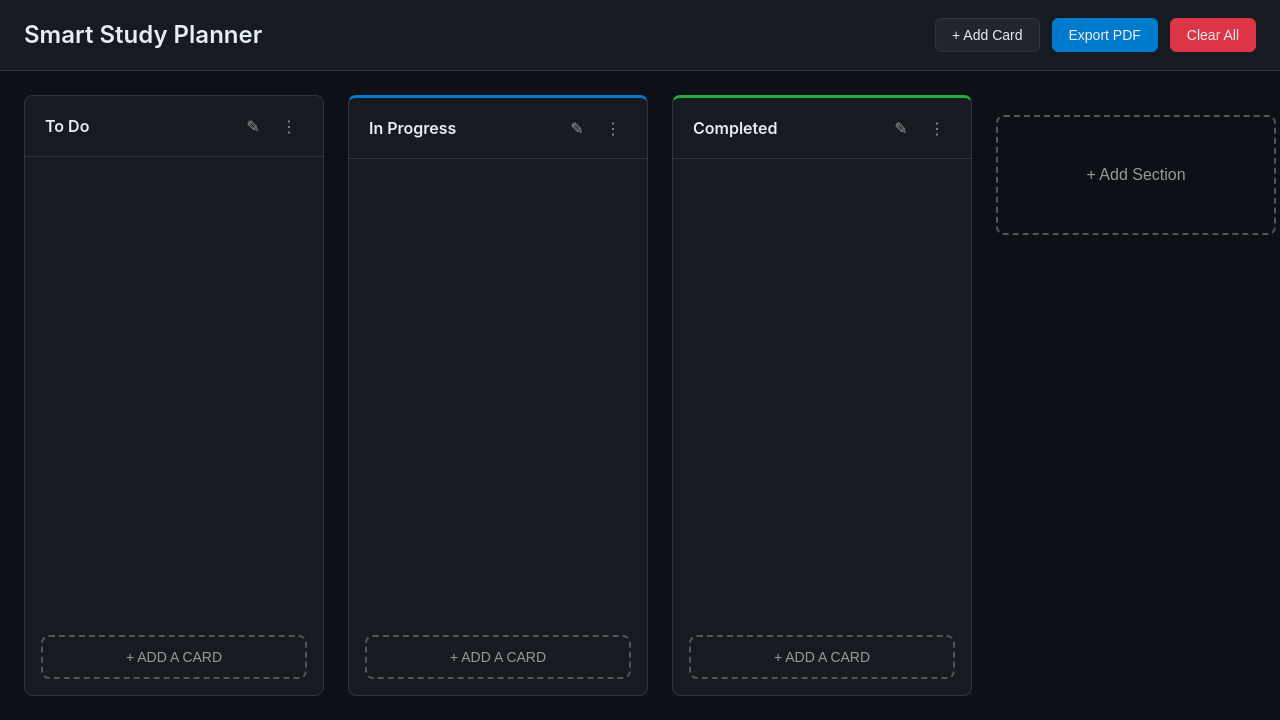
Repository: P7XCKD/edunetwebdev
Page: index.html
An editor plug-in stored every save of this project. The page is shown before and after the next save, followed by the edit.
The browser window is 1280 px wide. The pictures show the whole page.

Above is the page before, as saved 2025-09-19 20:09:16.

### index.html
<!DOCTYPE html>
<html lang="en">
<head>
    <meta charset="UTF-8">
    <meta name="viewport" content="width=device-width, initial-scale=1.0">
    <title>Smart Study Planner</title>
    <link rel="stylesheet" href="style.css">
</head>
<body>
    <div class="app-container">
        <header class="app-header">
            <h1>Smart Study Planner</h1>
            <div class="header-actions">
                <button id="addCardBtn" class="add-card-btn">+ Add Card</button>
                <button id="exportPdfBtn" class="export-pdf-btn">Export PDF</button>
                <button id="clearAllBtn" class="clear-all-btn">Clear All</button>
            </div>
        </header>

        <main class="kanban-board" id="kanbanBoard">
            <!-- Columns will be dynamically generated -->
            <div class="add-column-section">
                <button class="add-column-btn" id="addColumnBtn">+ Add Section</button>
            </div>
        </main>
    </div>

    <!-- Column Edit Modal -->
    <div id="columnModal" class="modal">
        <div class="modal-content">
            <div class="modal-header">
                <h2 id="columnModalTitle">Add New Section</h2>
                <button class="close-btn" id="closeColumnModal">&times;</button>
            </div>
            <div class="modal-body">
                <form id="columnForm">
                    <div class="form-group">
                        <label for="columnName">Section Name *</label>
                        <input type="text" id="columnName" placeholder="e.g., To Do, In Progress, Review" required>
                    </div>

                    <div class="form-group">
                        <label for="columnColor">Section Color</label>
                        <select id="columnColor">
                            <option value="default">Default (Gray)</option>
                            <option value="blue">Blue</option>
                            <option value="green">Green</option>
                            <option value="orange">Orange</option>
                            <option value="purple">Purple</option>
                            <option value="red">Red</option>
                            <option value="teal">Teal</option>
                            <option value="pink">Pink</option>
                        </select>
                    </div>
                </form>
            </div>
            <div class="modal-footer">
                <button type="button" id="deleteColumn" class="delete-btn">DELETE SECTION</button>
                <div class="modal-actions">
                    <button type="button" id="cancelColumn" class="cancel-btn">CANCEL</button>
                    <button type="button" id="saveColumn" class="save-btn">SAVE</button>
                </div>
            </div>
        </div>
    </div>

    <!-- Card Modal -->
    <div id="cardModal" class="modal">
        <div class="modal-content">
            <div class="modal-header">
                <h2 id="modalTitle">Card Details</h2>
                <button class="close-btn" id="closeModal">&times;</button>
            </div>
            <div class="modal-body">
                <form id="cardForm">
                    <div class="form-group">
                        <label for="cardTitle">Title *</label>
                        <input type="text" id="cardTitle" required>
                    </div>

                    <div class="form-row">
                        <div class="form-group">
                            <label for="cardDueDate">Due date</label>
                            <input type="date" id="cardDueDate">
                        </div>
                        <div class="form-group">
                            <label for="cardPriority">Priority</label>
                            <select id="cardPriority">
                                <option value="low">Low</option>
                                <option value="medium" selected>Medium</option>
                                <option value="high">High</option>
                            </select>
                        </div>
                    </div>

                    <div class="form-group">
                        <label for="cardSubject">Subject</label>
                        <input type="text" id="cardSubject" placeholder="e.g., Mathematics, Physics">
                    </div>

                    <div class="form-group">
                        <label for="cardDescription">Description</label>
                        <textarea id="cardDescription" rows="4" placeholder="Add your study notes here..."></textarea>
                    </div>
                </form>
            </div>
            <div class="modal-footer">
                <button type="button" id="deleteCard" class="delete-btn">DELETE</button>
                <div class="modal-actions">
                    <button type="button" id="cancelCard" class="cancel-btn">CANCEL</button>
                    <button type="button" id="saveCard" class="save-btn">SAVE</button>
                </div>
            </div>
        </div>
    </div>

    <!-- Stats Modal -->
    <div id="statsModal" class="modal">
        <div class="modal-content">
            <div class="modal-header">
                <h2>Progress Statistics</h2>
                <button class="close-btn" id="closeStatsModal">&times;</button>
            </div>
            <div class="modal-body">
                <div class="stats-grid">
                    <div class="stat-card">
                        <div class="stat-number" id="totalCards">0</div>
                        <div class="stat-label">Total Cards</div>
                    </div>
                    <div class="stat-card">
                        <div class="stat-number" id="todoCards">0</div>
                        <div class="stat-label">To Do</div>
                    </div>
                    <div class="stat-card">
                        <div class="stat-number" id="inProgressCards">0</div>
                        <div class="stat-label">In Progress</div>
                    </div>
                    <div class="stat-card">
                        <div class="stat-number" id="completedCards">0</div>
                        <div class="stat-label">Completed</div>
                    </div>
                    <div class="stat-card">
                        <div class="stat-number" id="overdueCards">0</div>
                        <div class="stat-label">Overdue</div>
                    </div>
                </div>
            </div>
        </div>
    </div>

    <script src="script-new.js?v=2024091902"></script>
</body>
</html>

### style.css
/* Dark theme CSS inspired by NotesHub */
* {
    margin: 0;
    padding: 0;
    box-sizing: border-box;
}

body {
    font-family: -apple-system, BlinkMacSystemFont, 'Segoe UI', Roboto, sans-serif;
    background-color: #0d1117; /* Exact dark background from image */
    color: #e6edf3;
    line-height: 1.6;
}

.app-container {
    min-height: 100vh;
    display: flex;
    flex-direction: column;
}

/* Header */
.app-header {
    background-color: #161b22; /* Header background matching image */
    padding: 16px 24px;
    border-bottom: 1px solid #30363d;
    display: flex;
    justify-content: space-between;
    align-items: center;
}

.app-header h1 {
    color: #e6edf3;
    font-size: 24px;
    font-weight: 600;
}

.header-actions {
    display: flex;
    gap: 12px;
}

.add-card-btn, .stats-btn, .export-pdf-btn, .clear-all-btn {
    background-color: #21262d; /* Button background matching image */
    color: #e6edf3;
    border: 1px solid #30363d;
    padding: 8px 16px;
    border-radius: 6px;
    cursor: pointer;
    font-size: 14px;
    transition: background-color 0.2s;
}

.add-card-btn:hover, .stats-btn:hover, .export-pdf-btn:hover, .clear-all-btn:hover {
    background-color: #30363d;
}

.export-pdf-btn {
    background-color: #007acc;
    border-color: #007acc;
}

.export-pdf-btn:hover {
    background-color: #0066a3;
}

.clear-all-btn {
    background-color: #dc3545;
    border-color: #dc3545;
}

.clear-all-btn:hover {
    background-color: #c82333;
}

/* Kanban Board */
.kanban-board {
    flex: 1;
    display: flex;
    gap: 24px;
    padding: 24px;
    overflow-x: auto;
    min-height: calc(100vh - 80px);
}

.board-column {
    min-width: 300px;
    background-color: #161b22; /* Column background matching image */
    border: 1px solid #30363d;
    border-radius: 8px;
    display: flex;
    flex-direction: column;
}

/* Column Colors */
.board-column.color-blue { border-top: 3px solid #007acc; }
.board-column.color-green { border-top: 3px solid #28a745; }
.board-column.color-orange { border-top: 3px solid #ffa726; }
.board-column.color-purple { border-top: 3px solid #8e24aa; }
.board-column.color-red { border-top: 3px solid #dc3545; }
.board-column.color-teal { border-top: 3px solid #20c997; }
.board-column.color-pink { border-top: 3px solid #e91e63; }

.column-header {
    padding: 16px 20px;
    border-bottom: 1px solid #30363d; /* Border matching image */
    display: flex;
    justify-content: space-between;
    align-items: center;
}

.column-header h3 {
    color: #e6edf3; /* Text color matching image */
    font-size: 16px;
    font-weight: 600;
    margin: 0;
    flex: 1;
}

.column-header-actions {
    display: flex;
    gap: 8px;
}

.column-menu-btn, .column-edit-btn {
    background: none;
    border: none;
    color: #999;
    cursor: pointer;
    font-size: 16px;
    padding: 4px;
    border-radius: 4px;
    width: 28px;
    height: 28px;
    display: flex;
    align-items: center;
    justify-content: center;
}

.column-menu-btn:hover, .column-edit-btn:hover {
    background-color: #404040;
    color: #e1e1e1;
}

.column-content {
    flex: 1;
    padding: 16px;
    display: flex;
    flex-direction: column;
    gap: 12px;
}

/* Add Column Section */
.add-column-section {
    min-width: 280px;
    display: flex;
    align-items: flex-start;
    padding-top: 20px;
}

.add-column-btn {
    background: none;
    border: 2px dashed #555;
    color: #999;
    padding: 20px;
    border-radius: 8px;
    cursor: pointer;
    font-size: 16px;
    font-weight: 500;
    width: 100%;
    min-height: 120px;
    transition: all 0.2s;
    display: flex;
    align-items: center;
    justify-content: center;
}

.add-column-btn:hover {
    border-color: #777;
    color: #e1e1e1;
    background-color: #2d2d2d;
}

/* Column Context Menu */
.column-context-menu {
    position: absolute;
    background: #3d3d3d;
    border: 1px solid #555;
    border-radius: 6px;
    padding: 8px 0;
    z-index: 1001;
    min-width: 180px;
    box-shadow: 0 4px 12px rgba(0,0,0,0.3);
}

.column-context-menu-item {
    padding: 10px 16px;
    color: #e1e1e1;
    cursor: pointer;
    font-size: 14px;
    display: flex;
    align-items: center;
    gap: 8px;
}

.column-context-menu-item:hover {
    background-color: #4d4d4d;
}

.column-context-menu-item.danger {
    color: #ff6b6b;
}

.column-context-menu-item.danger:hover {
    background-color: #ff6b6b20;
}

/* Study Cards */
.study-card {
    background-color: #21262d; /* Card background matching image */
    border: 1px solid #30363d;
    border-radius: 8px;
    cursor: pointer;
    transition: all 0.2s;
    user-select: none;
    overflow: hidden; /* Ensures clean borders with header */
}

.study-card:hover {
    border-color: #6e7681;
    transform: translateY(-2px);
    box-shadow: 0 4px 12px rgba(0,0,0,0.3);
}

.study-card[draggable="true"] {
    cursor: grab;
}

.study-card[draggable="true"]:active {
    cursor: grabbing;
}

.study-card.dragging {
    opacity: 0.5;
    transform: rotate(5deg);
}

/* Drag and Drop States */
.board-column.drag-over {
    background-color: #4a4a4a;
    border: 2px dashed #007acc;
}

.board-column.drag-over .column-content {
    background-color: rgba(0, 122, 204, 0.1);
    border-radius: 6px;
}

.card-header {
    background-color: #30363d; /* Grey header background matching image exactly */
    padding: 12px 15px 8px 15px;
    border-bottom: 1px solid #6e7681;
    display: flex;
    justify-content: space-between;
    align-items: flex-start;
    gap: 8px;
}

.card-title-section {
    display: flex;
    align-items: center;
    gap: 8px;
    flex: 1;
}

.card-title {
    font-size: 16px;
    font-weight: 600;
    color: #e6edf3; /* Lighter text on grey background matching image */
    margin: 0;
}

.card-task-id {
    font-size: 11px;
    font-weight: 600;
    color: #007acc;
    background: rgba(0, 122, 204, 0.2);
    padding: 2px 6px;
    border-radius: 4px;
    white-space: nowrap;
    text-transform: uppercase;
}

.card-meta {
    background-color: #21262d; /* Dark body background matching image */
    padding: 12px 15px;
    display: flex;
    align-items: center;
    gap: 8px;
    flex-wrap: wrap;
}

.card-subject {
    background-color: #555;
    color: #e1e1e1;
    padding: 2px 8px;
    border-radius: 12px;
    font-size: 12px;
    font-weight: 500;
}

.card-due-date {
    display: flex;
    align-items: center;
    gap: 4px;
    color: #999;
    font-size: 12px;
}

.card-due-date.overdue {
    color: #ff6b6b;
    background-color: #ff6b6b20;
    padding: 2px 6px;
    border-radius: 4px;
}

.card-due-date.tomorrow {
    color: #ffa500;
    background-color: #ffa50020;
    padding: 2px 6px;
    border-radius: 4px;
}

.priority-tag {
    font-size: 10px;
    padding: 2px 6px;
    border-radius: 8px;
    font-weight: 600;
    text-transform: uppercase;
}

.priority-high {
    background-color: #ff4757;
    color: white;
}

.priority-medium {
    background-color: #ffa726;
    color: white;
}

.priority-low {
    background-color: #66bb6a;
    color: white;
}

.card-description {
    background-color: #21262d; /* Dark body background matching image */
    padding: 0 15px 12px 15px;
    color: #7d8590; /* Muted text color matching image */
    font-size: 14px;
    line-height: 1.4;
}

.study-card.completed {
    opacity: 0.8;
    border-left: 4px solid #28a745;
}

.study-card.completed .card-header {
    background-color: #4a4a4a; /* Slightly darker grey for completed cards */
}

.study-card.completed .card-meta,
.study-card.completed .card-description {
    background-color: #2a3d2a; /* Dark green tint for completed card body */
}

.study-card.completed .card-title {
    text-decoration: line-through;
    opacity: 0.7;
}

.card-due-date.completed {
    color: #28a745;
    background-color: #28a74520;
    padding: 2px 6px;
    border-radius: 4px;
}

/* Due Date Section with Completion Button - REMOVED, button now in header */

.completion-toggle-btn {
    background: none;
    border: 1px solid #777;
    border-radius: 50%;
    width: 20px;
    height: 20px;
    display: flex;
    align-items: center;
    justify-content: center;
    cursor: pointer;
    font-size: 10px;
    transition: all 0.2s ease;
    color: #ccc;
    flex-shrink: 0; /* Prevent button from shrinking */
}

.completion-toggle-btn:hover {
    border-color: #28a745;
    background-color: #28a74530;
    transform: scale(1.1);
}

.completion-toggle-btn.completed {
    border-color: #28a745;
    background-color: #28a745;
    color: white;
}

.completion-toggle-btn.completed:hover {
    background-color: #dc3545;
    border-color: #dc3545;
}

/* Add Card Button */
.add-card-column-btn {
    background: none;
    border: 2px dashed #555;
    color: #999;
    padding: 12px;
    border-radius: 8px;
    cursor: pointer;
    font-size: 14px;
    transition: all 0.2s;
    margin-top: auto;
}

.add-card-column-btn:hover {
    border-color: #777;
    color: #e1e1e1;
    background-color: #3d3d3d;
}

/* Modal Styles */
.modal {
    display: none;
    position: fixed;
    top: 0;
    left: 0;
    width: 100%;
    height: 100%;
    background-color: rgba(0, 0, 0, 0.7);
    z-index: 1000;
}

.modal-content {
    background-color: #2d2d2d;
    margin: 5% auto;
    padding: 0;
    border-radius: 8px;
    width: 90%;
    max-width: 600px;
    max-height: 90vh;
    overflow-y: auto;
}

.modal-header {
    padding: 20px 24px;
    border-bottom: 1px solid #404040;
    display: flex;
    justify-content: space-between;
    align-items: center;
}

.modal-header h2 {
    color: #e1e1e1;
    font-size: 20px;
    font-weight: 600;
}

.close-btn {
    background: none;
    border: none;
    color: #999;
    font-size: 24px;
    cursor: pointer;
    padding: 0;
    width: 32px;
    height: 32px;
    display: flex;
    align-items: center;
    justify-content: center;
    border-radius: 4px;
}

.close-btn:hover {
    background-color: #404040;
    color: #e1e1e1;
}

.modal-body {
    padding: 24px;
}

.form-group {
    margin-bottom: 20px;
}

.form-group label {
    display: block;
    margin-bottom: 8px;
    color: #e1e1e1;
    font-size: 14px;
    font-weight: 500;
}

.form-group input,
.form-group select,
.form-group textarea {
    width: 100%;
    padding: 12px;
    background-color: #3d3d3d;
    border: 1px solid #555;
    border-radius: 6px;
    color: #e1e1e1;
    font-size: 14px;
}

.form-group input:focus,
.form-group select:focus,
.form-group textarea:focus {
    outline: none;
    border-color: #007acc;
}

.form-group textarea {
    resize: vertical;
    min-height: 100px;
}

.form-row {
    display: grid;
    grid-template-columns: 1fr 1fr;
    gap: 16px;
}

.modal-footer {
    padding: 20px 24px;
    border-top: 1px solid #404040;
    display: flex;
    justify-content: space-between;
    align-items: center;
}

.modal-actions {
    display: flex;
    gap: 12px;
}

.delete-btn {
    background-color: #dc3545;
    color: white;
    border: none;
    padding: 10px 20px;
    border-radius: 6px;
    cursor: pointer;
    font-size: 14px;
    font-weight: 500;
    text-transform: uppercase;
}

.delete-btn:hover {
    background-color: #c82333;
}

.cancel-btn {
    background: none;
    border: 1px solid #555;
    color: #999;
    padding: 10px 20px;
    border-radius: 6px;
    cursor: pointer;
    font-size: 14px;
    font-weight: 500;
    text-transform: uppercase;
}

.cancel-btn:hover {
    background-color: #3d3d3d;
    color: #e1e1e1;
}

.save-btn {
    background-color: #28a745;
    color: white;
    border: none;
    padding: 10px 20px;
    border-radius: 6px;
    cursor: pointer;
    font-size: 14px;
    font-weight: 500;
    text-transform: uppercase;
}

.save-btn:hover {
    background-color: #218838;
}

/* Stats Modal */
.stats-grid {
    display: grid;
    grid-template-columns: repeat(auto-fit, minmax(150px, 1fr));
    gap: 20px;
}

.stat-card {
    background-color: #3d3d3d;
    border: 1px solid #555;
    border-radius: 8px;
    padding: 20px;
    text-align: center;
}

.stat-number {
    display: block;
    font-size: 32px;
    font-weight: 700;
    color: #007acc;
    margin-bottom: 8px;
}

.stat-label {
    color: #bbb;
    font-size: 14px;
    font-weight: 500;
}

/* Empty State */
.empty-column {
    text-align: center;
    padding: 40px 20px;
    color: #666;
}

/* Responsive Design */
@media (max-width: 768px) {
    .kanban-board {
        flex-direction: column;
        gap: 16px;
    }

    .board-column {
        min-width: unset;
    }

    .app-header {
        padding: 12px 16px;
        flex-direction: column;
        gap: 12px;
    }

    .header-actions {
        width: 100%;
        justify-content: center;
    }

    .form-row {
        grid-template-columns: 1fr;
    }

    .modal-content {
        width: 95%;
        margin: 2% auto;
    }

    .modal-footer {
        flex-direction: column;
        gap: 12px;
        align-items: stretch;
    }

    .modal-actions {
        justify-content: center;
    }
}

Loaded but not shown: script-new.js (1408 lines, source omitted)

After the next save:
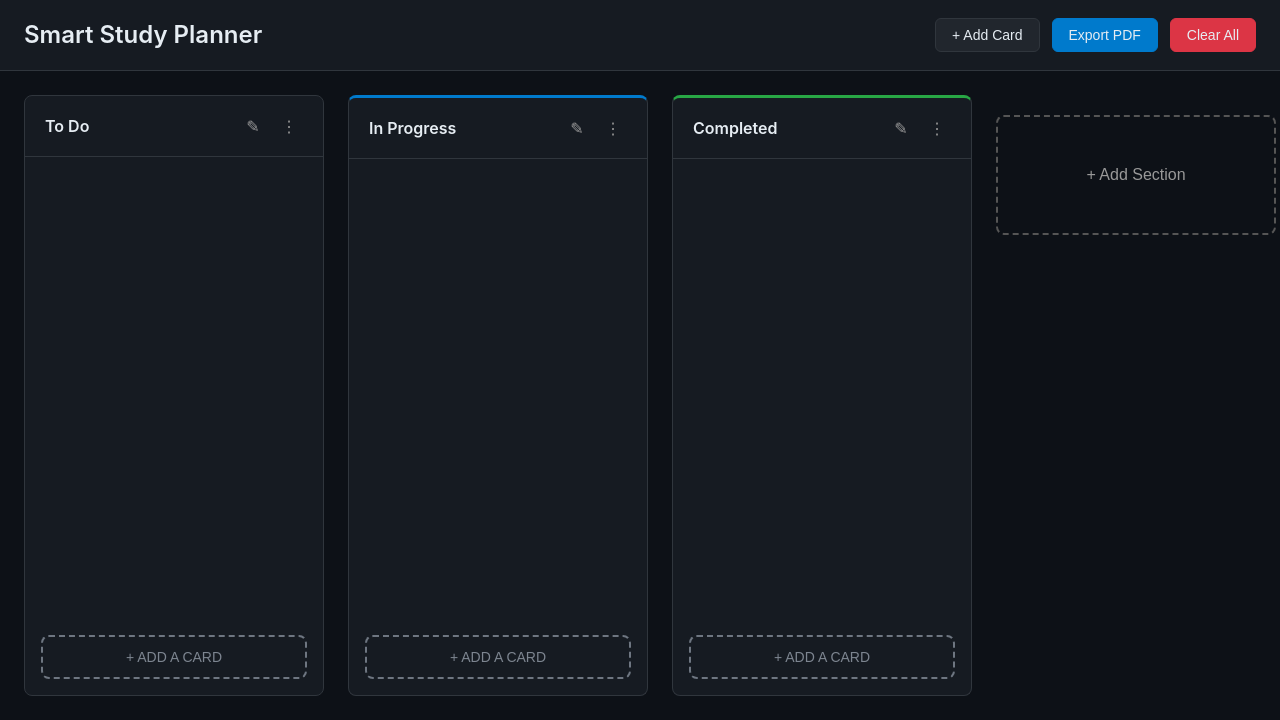
Saved 16 s later.
--- a/style.css
+++ b/style.css
@@ -425,8 +425,8 @@ body {
 /* Add Card Button */
 .add-card-column-btn {
     background: none;
-    border: 2px dashed #555;
-    color: #999;
+    border: 2px dashed #6e7681; /* Border color matching image */
+    color: #7d8590; /* Text color matching image */
     padding: 12px;
     border-radius: 8px;
     cursor: pointer;
@@ -436,9 +436,9 @@ body {
 }
 
 .add-card-column-btn:hover {
-    border-color: #777;
-    color: #e1e1e1;
-    background-color: #3d3d3d;
+    border-color: #8b949e;
+    color: #e6edf3;
+    background-color: #30363d;
 }
 
 /* Modal Styles */
